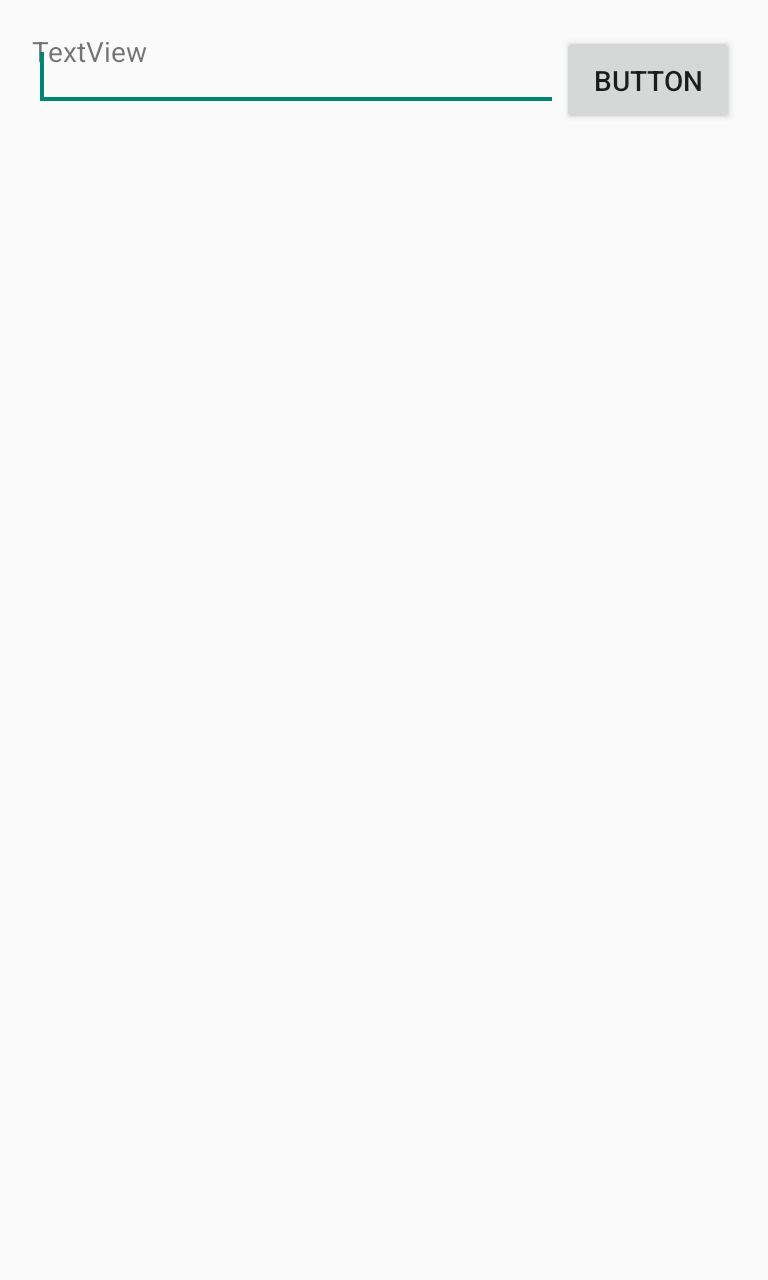
Repository: mg-badman/SPCS11
Layout: softproj_app_final/softwProj/res/layout/activity_main.xml
The author's editor kept a copy of each file at every save. The layout is drawn from the files as they stood at one save, then again after a run of saves.
It is drawn on a 768 x 1280 px phone screen (xhdpi) without system bars, with theme AppTheme; the app's code is not run.

Above is the layout before, as saved 2015-06-01 02:39:59.

After the next 2 saves:
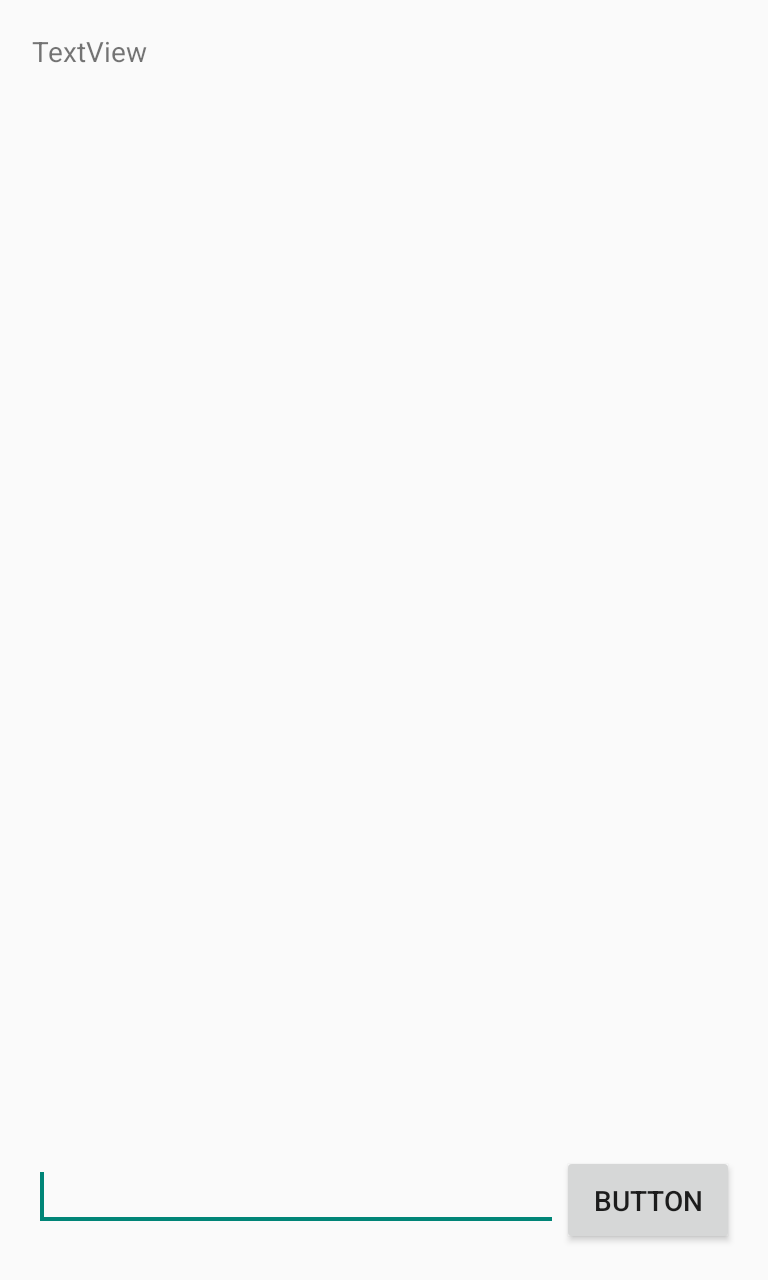
The 2 saves are shown as one change because 1 did not build or start.
The last was saved 4 h 7 min later.
--- a/softproj_app_final/softwProj/res/layout/activity_main.xml
+++ b/softproj_app_final/softwProj/res/layout/activity_main.xml
@@ -8,13 +8,43 @@
     android:paddingTop="@dimen/activity_vertical_margin"
     tools:context="com.test.softwproj.MainActivity" >
 
-<TextView android:id="@+id/textView1" android:layout_width="fill_parent" android:layout_height="fill_parent" android:layout_weight="1" android:text="TextView" /><LinearLayout android:layout_width="fill_parent" android:layout_height="wrap_content">
+    <LinearLayout
+        android:layout_width="fill_parent"
+        android:layout_height="fill_parent"
+        android:layout_alignParentLeft="true"
+        android:layout_alignParentTop="true"
+        android:orientation="vertical" >
 
-            <EditText android:id="@+id/editText1" android:layout_width="wrap_content" android:layout_height="wrap_content" android:layout_weight="1">
+        <TextView
+            android:id="@+id/textView1"
+            android:layout_width="fill_parent"
+            android:layout_height="fill_parent"
+            android:layout_weight="1"
+            android:text="TextView" />
+
+        <LinearLayout
+            android:layout_width="fill_parent"
+            android:layout_height="wrap_content">
+
+            <EditText
+                android:id="@+id/editText1"
+                android:layout_width="wrap_content"
+                android:layout_height="wrap_content"
+                android:layout_weight="1"
+                >
 
                 <requestFocus />
             </EditText>
 
-            <Button android:id="@+id/button1" android:layout_width="wrap_content" android:layout_height="wrap_content" android:layout_weight="0" android:text="Button" />
+            <Button
+                android:id="@+id/button1"
+                android:layout_width="wrap_content"
+                android:layout_height="wrap_content"
+                android:layout_weight="0"
+                android:text="Button" />
 
-        </LinearLayout></RelativeLayout>
+        </LinearLayout>
+
+    </LinearLayout>
+
+</RelativeLayout>
